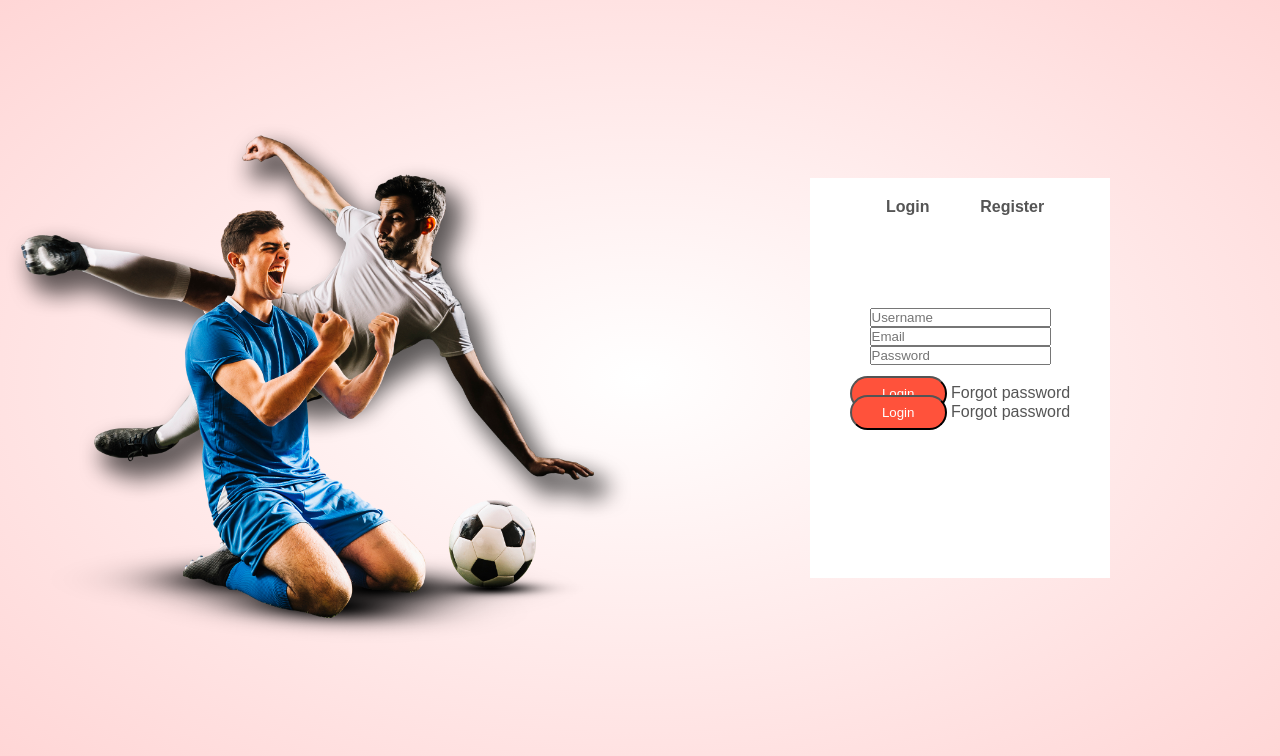
Repository: ritikalohia/tepid-frontend
Page: account.html
These files come from the project's save history. The page is drawn as it stood at one moment and after a run of saves; the edit follows.
The browser window is 1280 px wide. The pictures show the whole page.

Above is the page before, as saved 2021-06-09 12:29:42.

After the next 2 saves:
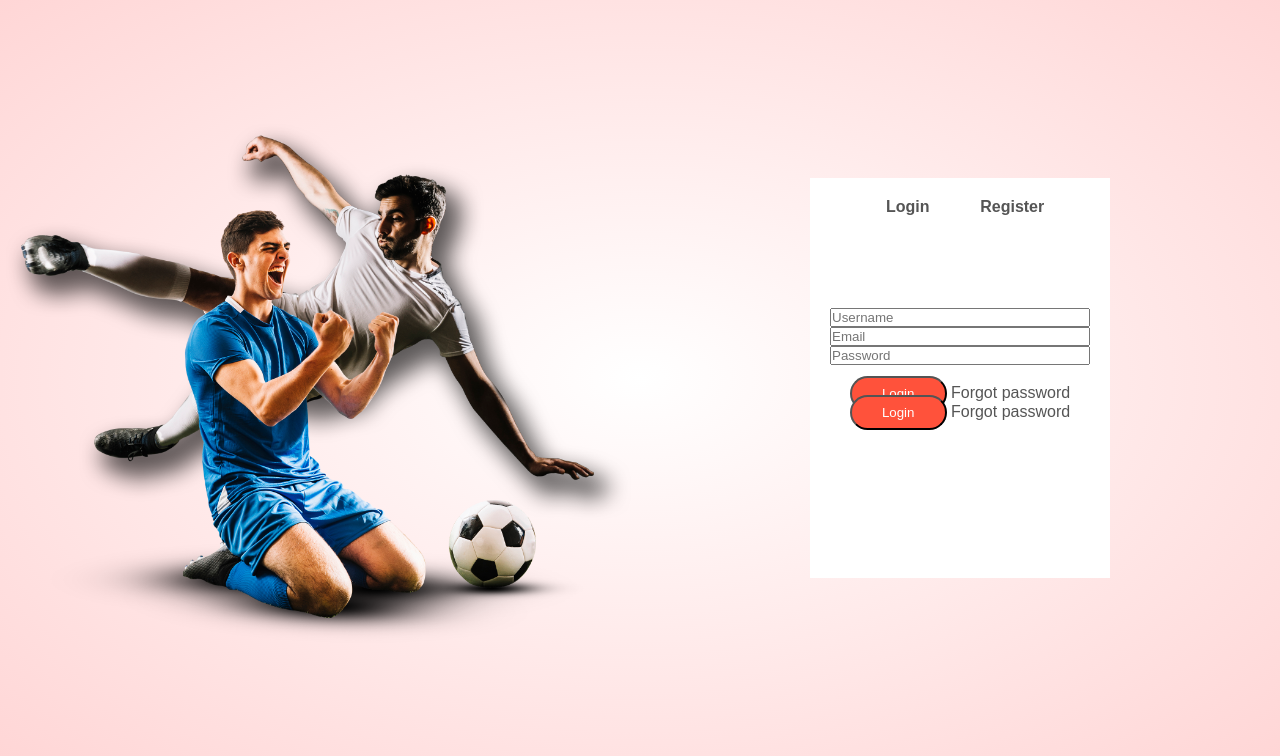
The 2 saves are shown as one change because they came seconds apart.
The last was saved 6 s later.
--- a/style.css
+++ b/style.css
@@ -565,5 +565,6 @@ th:last-child{
 }
 
 form input{
-
-}
+    width: 100%;
+
+}
